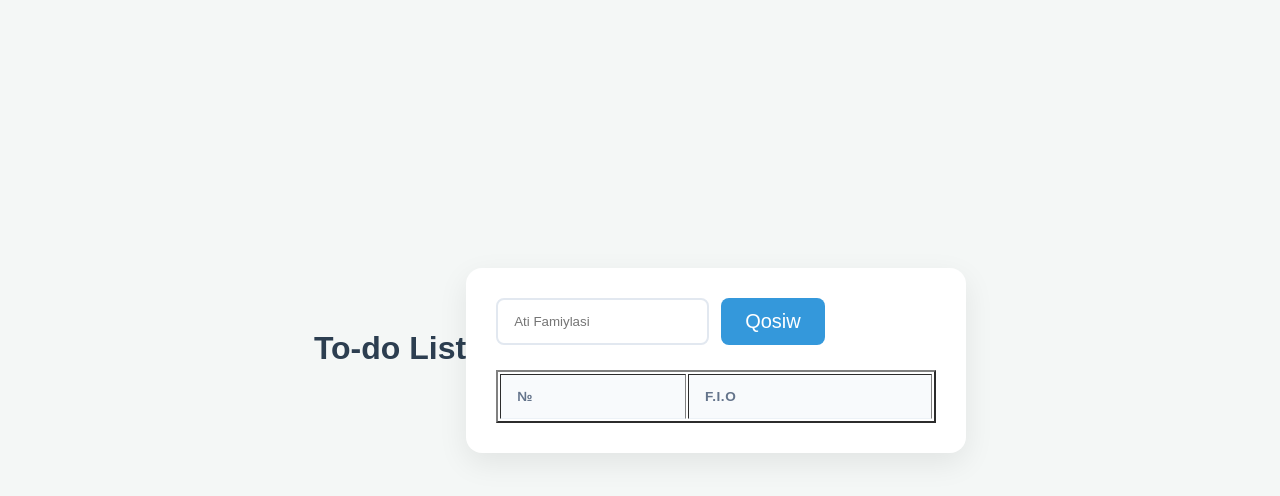
Repository: atamuratov777/my-to-do-list
Page: index.html
An editor plug-in stored every save of this project. The page is shown before and after the next save, followed by the edit.
The browser window is 1280 px wide. The pictures show the whole page.

Above is the page before, as saved 2026-06-18 14:15:50.

After the next save:
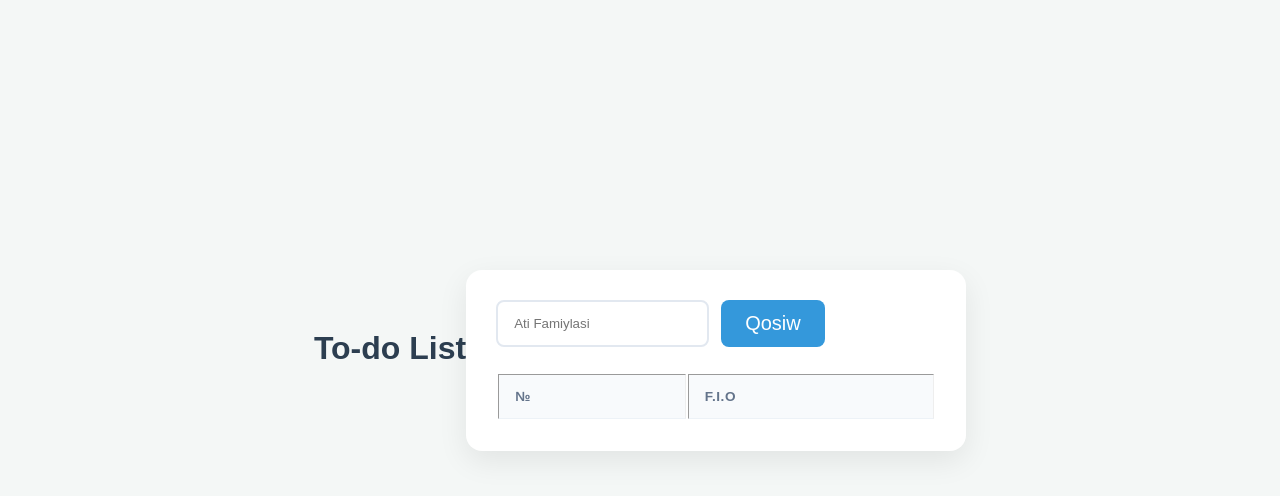
Saved 6 s later.
--- a/style.css
+++ b/style.css
@@ -75,7 +75,7 @@ button:hover {
 
 table {
     width: 100%;
-   border: n;
+   border: none;
     margin-top: 10px;
     text-align: left;
 }
